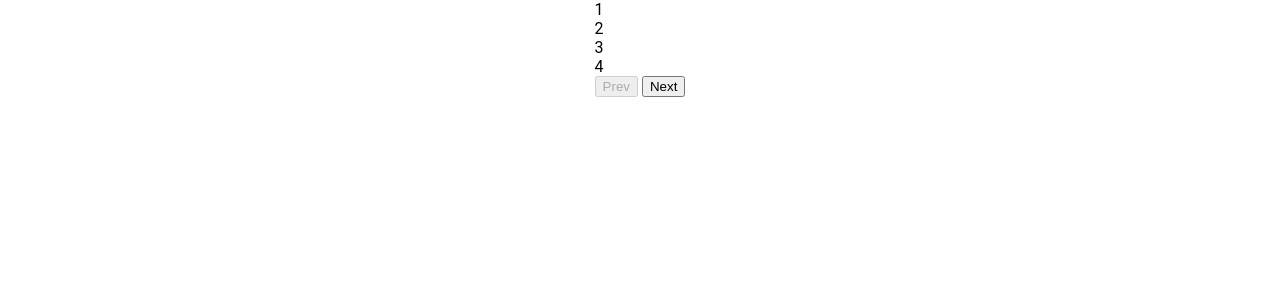
Repository: aobeid1979/Progress-Steps
Page: index.html
An editor plug-in stored every save of this project. The page is shown before and after a run of saves, followed by the edit.
The browser window is 1280 px wide. The pictures show the whole page.
Some web fonts or font styles are not loaded; a fallback is used.

Above is the page before, as saved 2024-06-03 16:50:25.

### index.html
<!DOCTYPE html>
<html lang="en">
<head>
    <meta charset="UTF-8">
    <meta name="viewport" content="width=device-width, initial-scale=1.0">
    <link rel="stylesheet" href="style.css">
    <title>Progress Steps</title>
</head>
<body>
    <div class="'container">
        <div class="progree-container">
            <div class="progress" id="progress">
                <div class="circle active">1</div>
                <div class="circle">2</div>
                <div class="circle">3</div>
                <div class="circle">4</div>
            </div>
            <button class="btn" id="prev" disabled>Prev</button>
            <button class="btn" id="next">Next</button>
        </div>
    </div>


    <script src="script.js"></script>

</body>
</html>

### style.css
@import url('https://fonts.googleapis.com/css?family=css?family=Muli&');

* {
    box-sizing: border-box;
}

body {
    font-family: 'Roboto', sans-serif;
    display: flex;
    flex-direction: column;
    align-items: center;
    justify-content: center;
    height: 100hv;
    overflow: hidden;
    margin: 0;
}

Loaded but not shown: script.js (no copy from this time; the picture is the same without it)

After the next 6 saves:
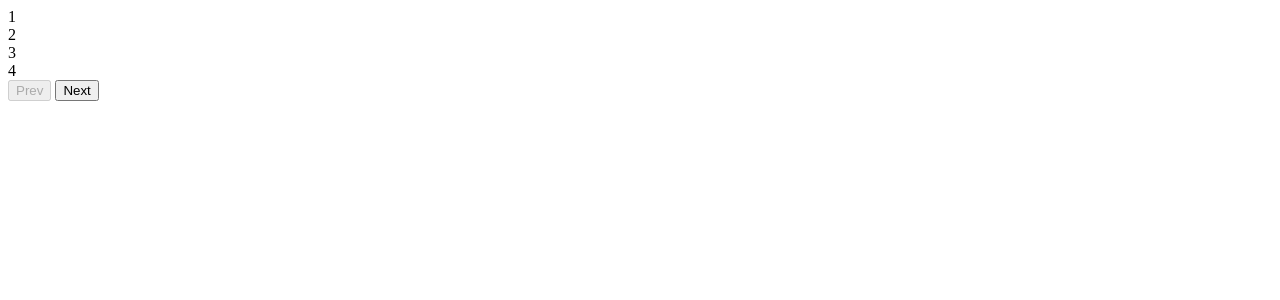
The 6 saves are shown as one change because they came seconds apart.
The last was saved 18 s later.
--- a/style.css
+++ b/style.css
@@ -1,4 +1,4 @@
-@import url('https://fonts.googleapis.com/css?family=css?family=Muli&');
+@import url('https://fonts.googleapis.com/css?family=css?family=Muli&display=swap);
 
 * {
     box-sizing: border-box;

After the save that followed:
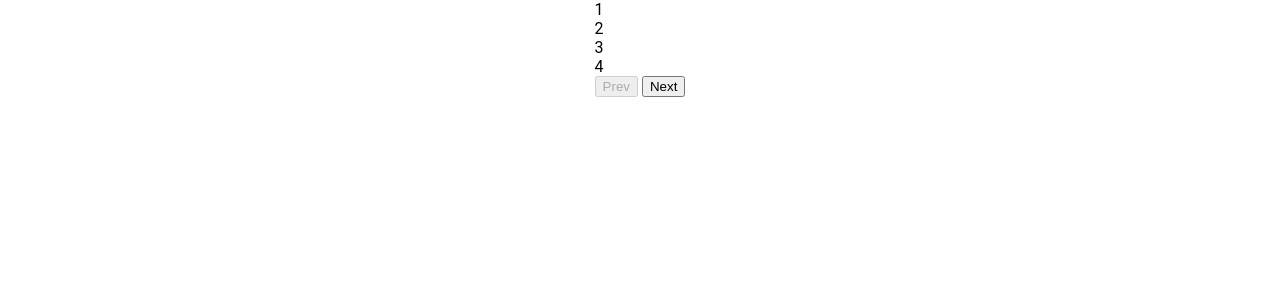
Saved 4 s later.
--- a/style.css
+++ b/style.css
@@ -1,4 +1,4 @@
-@import url('https://fonts.googleapis.com/css?family=css?family=Muli&display=swap);
+@import url('https://fonts.googleapis.com/css?family=css?family=Muli&display=swap');
 
 * {
     box-sizing: border-box;
